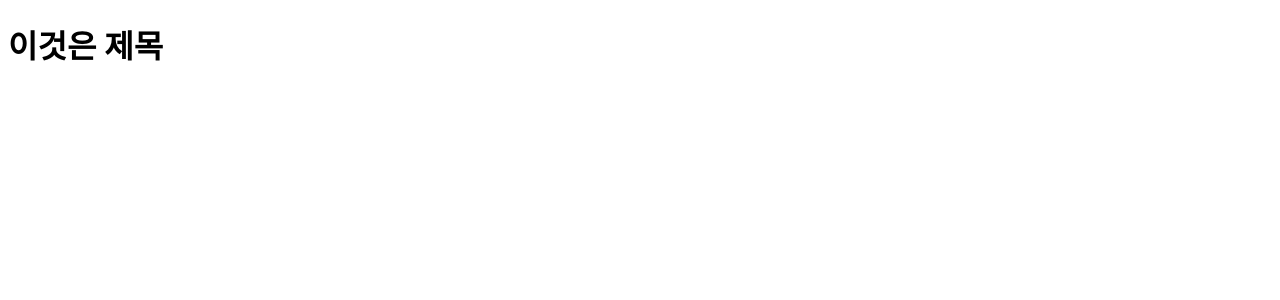
Repository: minjuleee/Server_study
Page: http://localhost/web/index.jsp
An editor plug-in stored every save of this project. The page is shown before and after the next save, followed by the edit.
The browser window is 1280 px wide. The pictures show the whole page.
The page is served by Tomcat 10.

Above is the page before, as saved 2025-11-17 07:55:59.

After the next save:
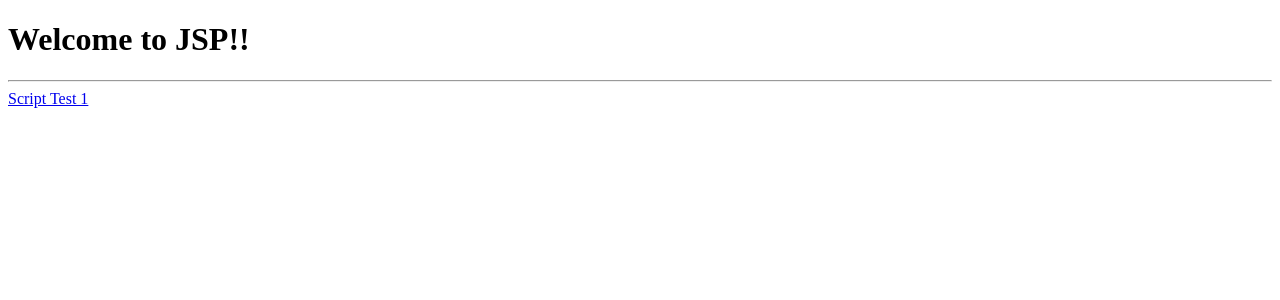
Saved 2 min 3 s later.
--- a/dev/web/src/main/webapp/index.jsp
+++ b/dev/web/src/main/webapp/index.jsp
@@ -7,7 +7,9 @@
 <title>Insert title here</title>
 </head>
 <body>
-	<% String title = "이것은 제목"; %>
+	<% String title = "Welcome to JSP!!"; %>
 	<h1><%=title %></h1>
+	<hr>
+	<a href="01_script_test.jsp">Script Test 1</a>
 </body>
 </html>
